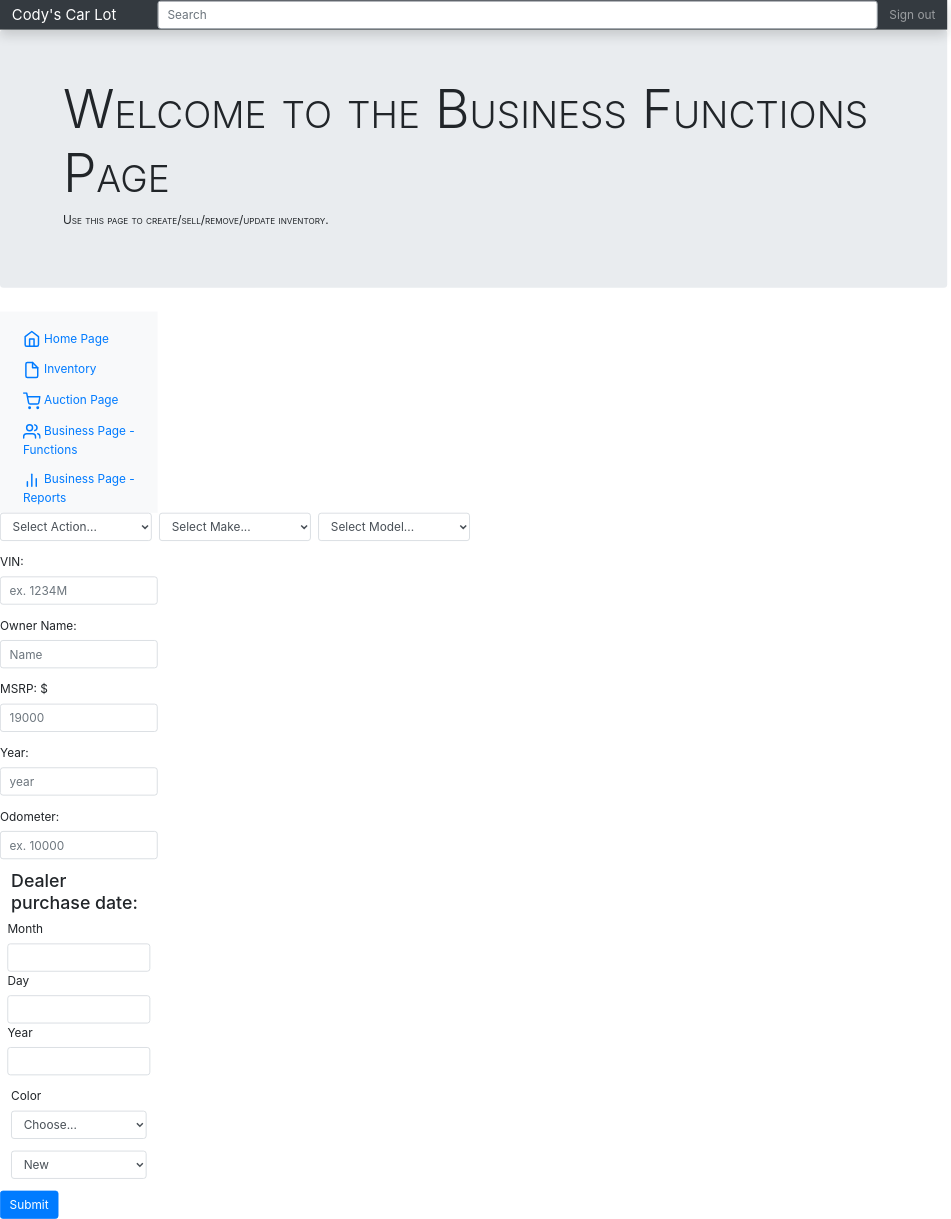
Repository: CodyHogge/CarDealershipProject
Page: http://localhost/CarDealershipProject/booted_functions.jsp
The author's editor kept a copy of each file at every save. The page is drawn from the files as they stood at one save, then again after the next save.
The browser window is 1280 px wide. The page is 1285 px wide, so the pictures cover 1285 px, including what lies to the right of the window. The pictures show the whole page, at 74% of full size.
The page is served by Tomcat 9. Other server files are loaded and not shown.

Above is the page before, as saved 2020-09-16 16:41:04.

### CarDealershipProject/WebContent/booted_functions.jsp
<%@ taglib prefix="c" uri="http://java.sun.com/jsp/jstl/core" %>
<%@ page language="java" contentType="text/html; charset=ISO-8859-1"
    pageEncoding="ISO-8859-1"%>
<!DOCTYPE html>
<html>
<head>
<meta charset="ISO-8859-1">
<title>Cody's Car Lot</title>
<link rel="stylesheet" href="https://stackpath.bootstrapcdn.com/bootstrap/4.5.2/css/bootstrap.min.css" integrity="sha384-JcKb8q3iqJ61gNV9KGb8thSsNjpSL0n8PARn9HuZOnIxN0hoP+VmmDGMN5t9UJ0Z" crossorigin="anonymous">
<link rel="stylesheet" href="./styles/styles.css">
</head>
<body>
	<nav class="navbar navbar-dark sticky-top bg-dark flex-md-nowrap p-0 shadow">
  		<a class="navbar-brand col-md-3 col-lg-2 mr-0 px-3" href="#">Cody's Car Lot</a>
  			<button class="navbar-toggler position-absolute d-md-none collapsed" type="button" data-toggle="collapse" data-target="#sidebarMenu" aria-controls="sidebarMenu" aria-expanded="false" aria-label="Toggle navigation">
    			<span class="navbar-toggler-icon"></span>
  			</button>
  		<input class="form-control form-control-dark w-100" type="text" placeholder="Search" aria-label="Search">
  		<ul class="navbar-nav px-3">
    		<li class="nav-item text-nowrap">
      			<a class="nav-link" href="#">Sign out</a>
    		</li>
  		</ul>
	</nav>

	<div class="jumbotron">
    	<div class="container">
      		<h1 class="display-3">Welcome to the Business Functions Page</h1>
      		<p>Use this page to create/sell/remove/update inventory.</p>
    	</div>
  	</div>



	<div class="container-fluid">
  		<div class="row">
    		<nav id="sidebarMenu" class="col-md-3 col-lg-2 d-md-block bg-light sidebar collapse show" style="">
      			<div class="sidebar-sticky pt-3">
        			<ul class="nav flex-column">
          				<li class="nav-item">
            				<a class="nav-link active" href="booted_home.jsp">
              					<svg xmlns="http://www.w3.org/2000/svg" width="24" height="24" viewBox="0 0 24 24" fill="none" stroke="currentColor" stroke-width="2" stroke-linecap="round" stroke-linejoin="round" class="feather feather-home"><path d="M3 9l9-7 9 7v11a2 2 0 0 1-2 2H5a2 2 0 0 1-2-2z"></path><polyline points="9 22 9 12 15 12 15 22"></polyline></svg>
              					Home Page
            				</a>
          				</li>
          				<li class="nav-item">
            				<a class="nav-link" href="booted_inventory.jsp">
              					<svg xmlns="http://www.w3.org/2000/svg" width="24" height="24" viewBox="0 0 24 24" fill="none" stroke="currentColor" stroke-width="2" stroke-linecap="round" stroke-linejoin="round" class="feather feather-file"><path d="M13 2H6a2 2 0 0 0-2 2v16a2 2 0 0 0 2 2h12a2 2 0 0 0 2-2V9z"></path><polyline points="13 2 13 9 20 9"></polyline></svg>
              					Inventory
            				</a>
          				</li>
          				<li class="nav-item">
            				<a class="nav-link" href="booted_auction.jsp">
              					<svg xmlns="http://www.w3.org/2000/svg" width="24" height="24" viewBox="0 0 24 24" fill="none" stroke="currentColor" stroke-width="2" stroke-linecap="round" stroke-linejoin="round" class="feather feather-shopping-cart"><circle cx="9" cy="21" r="1"></circle><circle cx="20" cy="21" r="1"></circle><path d="M1 1h4l2.68 13.39a2 2 0 0 0 2 1.61h9.72a2 2 0 0 0 2-1.61L23 6H6"></path></svg>
              					Auction Page
            				</a>
          				</li>
          				<li class="nav-item">
            				<a class="nav-link" href="booted_functions.jsp">
              					<svg xmlns="http://www.w3.org/2000/svg" width="24" height="24" viewBox="0 0 24 24" fill="none" stroke="currentColor" stroke-width="2" stroke-linecap="round" stroke-linejoin="round" class="feather feather-users"><path d="M17 21v-2a4 4 0 0 0-4-4H5a4 4 0 0 0-4 4v2"></path><circle cx="9" cy="7" r="4"></circle><path d="M23 21v-2a4 4 0 0 0-3-3.87"></path><path d="M16 3.13a4 4 0 0 1 0 7.75"></path></svg>
              					Business Page - Functions <span class="sr-only">(current)</span>
            				</a>
          				</li>
          				<li class="nav-item">
            				<a class="nav-link" href="booted_reports.jsp">
              					<svg xmlns="http://www.w3.org/2000/svg" width="24" height="24" viewBox="0 0 24 24" fill="none" stroke="currentColor" stroke-width="2" stroke-linecap="round" stroke-linejoin="round" class="feather feather-bar-chart-2"><line x1="18" y1="20" x2="18" y2="10"></line><line x1="12" y1="20" x2="12" y2="4"></line><line x1="6" y1="20" x2="6" y2="14"></line></svg>
             	 				Business Page - Reports
            				</a>
          				</li>
        			</ul>
      			</div>
    		</nav>
  		</div>
	</div>

	<form action="inventoryUpdateServlet" method="post">
  		<div class="form-row">
  			<div class="form-group col-md-2">
      			<select name="action" id="action" class="form-control">
      				<option>Select Action...</option>
      				<option value="add">Add</option>
      				<option value="remove">Remove</option>
      				<option value="sell">Sell</option>
      			</select>
    		</div>
    		<div class="form-group col-md-2">
      			<select name="make" id="make" class="form-control">
      				<option>Select Make...</option>
      				<option value="mazda">Mazda</option>
      				<option value="ford">Ford</option>
      				<option value="toyota">Toyota</option>
      			</select>
    		</div>
    		<div class="form-group col-md-2">
      			<select name="model" id="model" class="form-control">
      				<option>Select Model...</option>
      				<option value="mazda3">Mazda3</option>
      				<option value="cx5">CX5</option>
      				<option value="corolla">Corolla</option>
      				<option value="mustang">Mustang</option>
      			</select>
    		</div>
  		</div>
  		<div class="form-group">
			<label for="vin">VIN: </label>
			<input type="text" class="form-control col-md-2" name="vin" id="vin" placeholder="ex. 1234M">
		</div>
		<div class="form-group">
			<label for="ownerName">Owner Name: </label>
			<input type="text" class="form-control col-md-2" name="ownerName" id="ownerName" placeholder="Name">
		</div>
		<div class="form-group">
			<label for="msrp">MSRP: </label>
			$<input type="text" class="form-control col-md-2" name="msrp" id="msrp" placeholder="19000">
		</div>
		<div class="form-group">
			<label for="year">Year: </label>
			<input type="text" class="form-control col-md-2" name="year" id="year" placeholder="year">
		</div>
		<div class="form-group">
			<label for="odometer">Odometer: </label>
			<input type="text" class="form-control col-md-2" name="odometer" id="odometer" placeholder="ex. 10000">
		</div>

			<div class="form-group col-md-2">
				<h4>Dealer purchase date:</h4>
				<div class="form-row">
					<label for="dealer-mm">Month</label>
					<input type="text" class="form-control " name="dealer-mm" id="dealer-mm">
					<label for="dealer-dd">Day</label>
					<input type="text" class="form-control " name="dealer-dd" id="dealer-dd">
					<label for="dealer-yyyy">Year</label>
					<input type="text" class="form-control " name="dealer-yyyy" id="dealer-yyyy">
				</div>
			</div>

    	<div class="form-group col-md-2">
      		<label for="color">Color</label>
      		<select id="color" class="form-control">
        			<option selected>Choose...</option>
        			<option value="BLACK">Black</option>
        			<option value="BLUE">Blue</option>
        			<option value="GREEN">Green</option>
        			<option value="RED">Red</option>
        			<option value="WHITE">White</option>
      			</select>
    	</div>
  		<div class="form-group col-md-2">
			<select class="form-control" name="condition" id="condition">
				<option value="new">New</option>
				<option value="used">Used</option>
			</select>
		</div>
  		<button type="submit" class="btn btn-primary">Submit</button>
	</form>

</body>
</html>

### CarDealershipProject/WebContent/styles/styles.css
.top-banner{
	font-variant: small-caps;
	font-size: 16pt;
	border-style: dotted;
	border-right-width: 1px;
	border-left-width: 1px;
	border-top-width: 1px;
	border-bottom-width: 1px;
	border-color: black;
	background-color: #d5d5d5;
	color: orange;
}

.avail-cars{
	margin: 15px;
	background-color: #d5d5d5;
	border-style: solid;
	border-right-width: 1px;
	border-left-width: 1px;
	border-top-width: 1px;
	border-bottom-width: 1px;
	border-color: black;
}

.avail-cars.td{
	background-color: gray;
	border-style: solid;
	border-right-width: 2px;
	border-left-width: 2px;
	border-top-width: 2px;
	border-bottom-width: 2px;
	border-color: black;
}

.sold-cars{
	margin: 15px;
	background-color: #d5d5d5;
	border-style: solid;
	border-right-width: 1px;
	border-left-width: 1px;
	border-top-width: 1px;
	border-bottom-width: 1px;
	border-color: black;
}

.h4{
	margin: 10px;
	font-variant: small-caps;
}

.display-3 {
	font-variant: small-caps !important;
}

.jumbotron {
	font-variant: small-caps!important;
}

After the next save:
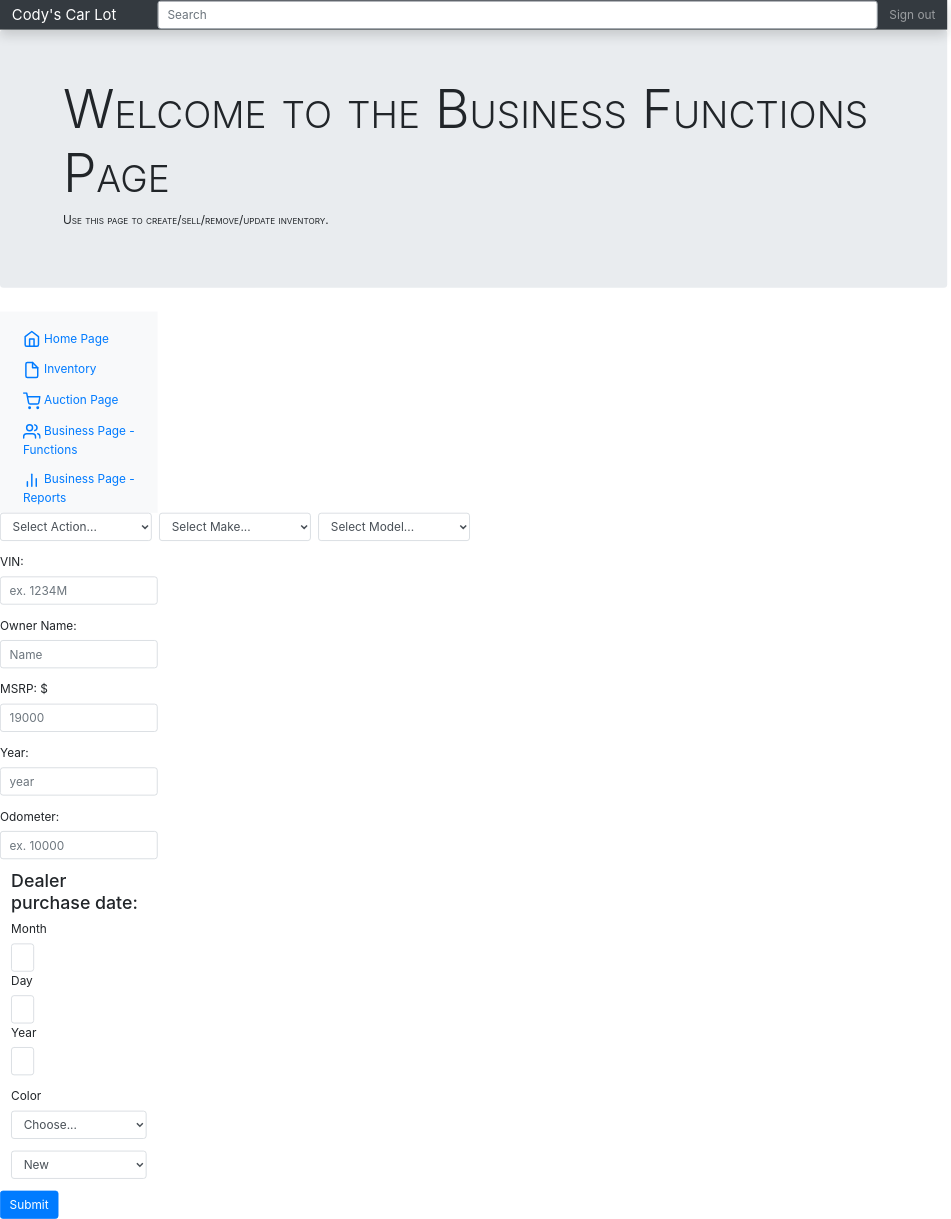
Saved 22 s later.
--- a/CarDealershipProject/WebContent/booted_functions.jsp
+++ b/CarDealershipProject/WebContent/booted_functions.jsp
@@ -121,19 +121,15 @@
 			<label for="odometer">Odometer: </label>
 			<input type="text" class="form-control col-md-2" name="odometer" id="odometer" placeholder="ex. 10000">
 		</div>
-
 			<div class="form-group col-md-2">
 				<h4>Dealer purchase date:</h4>
-				<div class="form-row">
 					<label for="dealer-mm">Month</label>
-					<input type="text" class="form-control " name="dealer-mm" id="dealer-mm">
+					<input type="text" class="form-control col-md-2" name="dealer-mm" id="dealer-mm">
 					<label for="dealer-dd">Day</label>
-					<input type="text" class="form-control " name="dealer-dd" id="dealer-dd">
+					<input type="text" class="form-control col-md-2" name="dealer-dd" id="dealer-dd">
 					<label for="dealer-yyyy">Year</label>
-					<input type="text" class="form-control " name="dealer-yyyy" id="dealer-yyyy">
-				</div>
+					<input type="text" class="form-control col-md-2" name="dealer-yyyy" id="dealer-yyyy">
 			</div>
-
     	<div class="form-group col-md-2">
       		<label for="color">Color</label>
       		<select id="color" class="form-control">
